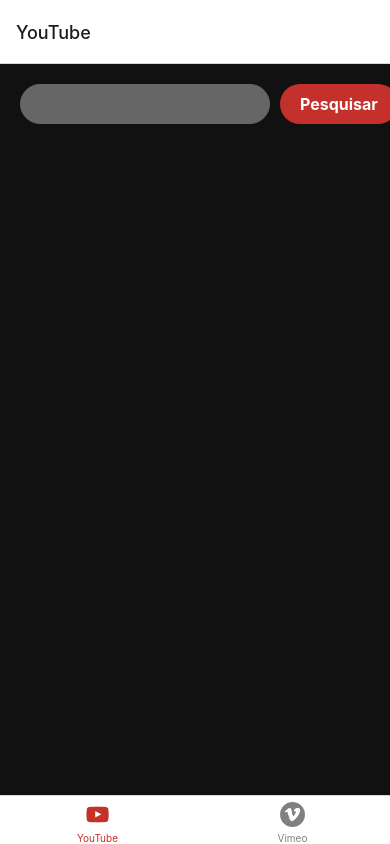
Repository: isaqkee/Youtube-API
Screen: /Home (app in youtubeAPI/)
An editor plug-in stored every save of this project. The screen is shown before and after the next save, followed by the edit.
The app was drawn by React Native's web renderer in a window 390 px wide. The project was rebuilt for these pictures with package versions that can differ from the ones it lists, and the page was loaded fresh each time. Also part of the build but not shown: youtubeAPI/VimeoScreen.js.

Above is the screen before, as saved 2024-05-27 22:09:42.

### youtubeAPI/App.js
// App.js
import * as React from 'react';
import { NavigationContainer } from '@react-navigation/native';
import { createStackNavigator } from '@react-navigation/stack';
import { createBottomTabNavigator } from '@react-navigation/bottom-tabs';
import { Image } from 'react-native';
import WelcomeScreen from './WelcomeScreen';
import YoutubeScreen from './YoutubeScreen';
import VimeoScreen from './VimeoScreen';

const Stack = createStackNavigator();
const Tab = createBottomTabNavigator();

function HomeTabs() {
  return (
    <Tab.Navigator
      screenOptions={({ route }) => ({
        tabBarIcon: ({ color, size }) => {
          let iconName;
          if (route.name === 'YouTube') {
            iconName = require('./assets/youtube.png');
          } else if (route.name === 'Vimeo') {
            iconName = require('./assets/vimeo.png');
          }
          return <Image source={iconName} style={{ width: size, height: size, tintColor: color }} />;
        },
      })}
      tabBarOptions={{
        activeTintColor: '#c4302b',
        inactiveTintColor: 'gray',
      }}
    >
      <Tab.Screen name="YouTube" component={YoutubeScreen} />
      <Tab.Screen name="Vimeo" component={VimeoScreen} />
    </Tab.Navigator>
  );
}

export default function App() {
  return (
    <NavigationContainer>
      <Stack.Navigator initialRouteName="Welcome">
        <Stack.Screen name="Welcome" component={WelcomeScreen} options={{ headerShown: false }}/>
        <Stack.Screen name="Home" component={HomeTabs} options={{ headerShown: false }}/>
      </Stack.Navigator>
    </NavigationContainer>
  );
}

### youtubeAPI/WelcomeScreen.js
import React from 'react';
import { View, Text, TouchableOpacity, StyleSheet, ImageBackground, Animated } from 'react-native';

export default function WelcomeScreen({ navigation }) {
  const fadeAnim = React.useRef(new Animated.Value(0)).current;

  React.useEffect(() => {
    Animated.timing(fadeAnim, {
      toValue: 1,
      duration: 1000,
      useNativeDriver: true,
    }).start();
  }, [fadeAnim]);

  return (
    <Animated.View style={[styles.container, { opacity: fadeAnim }]}>
      <ImageBackground source={require('./assets/back4.gif')} style={styles.backgroundImage}>
        <Text style={styles.title}>Bem-vindo ao Pesquisa de Vídeos</Text>
        <TouchableOpacity style={styles.button} onPress={() => navigation.navigate('Home')}>
          <Text style={styles.buttonText}>Começar</Text>
        </TouchableOpacity>
      </ImageBackground>
    </Animated.View>
  );
}

const styles = StyleSheet.create({
  container: {
    flex: 1,
    justifyContent: 'center',
    alignItems: 'center',
  },
  backgroundImage: {
    flex: 1,
    resizeMode: 'cover',
    justifyContent: 'center',
    alignItems: 'center',
    width: '100%',
    height: '100%',
  },
  title: {
    fontSize: 32,
    fontWeight: 'bold',
    color: '#fff',
    textAlign: 'center',
    marginBottom: 40,
  },
  button: {
    backgroundColor: '#c4302b',
    paddingVertical: 15,
    paddingHorizontal: 30,
    borderRadius: 30,
  },
  buttonText: {
    fontSize: 18,
    color: '#fff',
    fontWeight: 'bold',
  },
});

### youtubeAPI/YoutubeScreen.js
import React, { useState } from 'react';
import { View, Text, TextInput, TouchableOpacity, ScrollView, StyleSheet, Switch, Animated } from 'react-native';
import { WebView } from 'react-native-webview';
import { buscarVideos } from './youtube'; // ou buscarVideosVimeo para Vimeo

export default function VideoScreen() {
  const [pesquisa, setPesquisa] = useState('');
  const [videos, setVideos] = useState([]);
  const [isDarkMode, setIsDarkMode] = useState(true);
  const [bounceValue] = useState(new Animated.Value(0));

  const toggleDarkMode = () => {
    setIsDarkMode(!isDarkMode);
  };

  const pesquisar = async () => {
    try {
      const resultados = await buscarVideos(pesquisa);
      setVideos(resultados);
      Animated.sequence([
        Animated.timing(bounceValue, { toValue: 1.5, duration: 500, useNativeDriver: true }),
        Animated.timing(bounceValue, { toValue: 1, duration: 500, useNativeDriver: true }),
      ]).start();
    } catch (erro) {
      console.error('Erro ao pesquisar vídeos:', erro);
    }
  };

  return (
    <View style={[styles.container, isDarkMode ? styles.darkMode : null]}>
      <View style={styles.header}>
        <TextInput
          style={[styles.input, isDarkMode ? styles.inputDarkMode : null]}
          placeholder="Pesquisar vídeos..."
          placeholderTextColor={isDarkMode ? '#666' : '#999'}
          value={pesquisa}
          onChangeText={setPesquisa}
        />
        <TouchableOpacity style={[styles.button, isDarkMode ? styles.buttonDarkMode : null]} onPress={pesquisar}>
          <Text style={styles.buttonText}>Pesquisar</Text>
        </TouchableOpacity>
        <Switch value={isDarkMode} onValueChange={toggleDarkMode} />
      </View>
      <ScrollView style={styles.scrollView}>
        {videos.map((video, index) => (
          <Animated.View key={video.id.videoId} style={[styles.videoContainer, { transform: [{ scale: bounceValue }] }]}>
            <WebView
              style={styles.webview}
              javaScriptEnabled={true}
              domStorageEnabled={true}
              source={{ html: `<iframe width="100%" height="215" src="https://www.youtube.com/embed/${video.id.videoId}" frameborder="0" allowfullscreen></iframe>` }}
            />
            <Text style={styles.videoTitle}>{video.snippet.title}</Text>
          </Animated.View>
        ))}
      </ScrollView>
    </View>
  );
}

const styles = StyleSheet.create({
  container: {
    flex: 1,
    backgroundColor: '#222',
    paddingHorizontal: 20,
    paddingTop: 20,
  },
  darkMode: {
    backgroundColor: '#111',
  },
  header: {
    flexDirection: 'row',
    justifyContent: 'space-between',
    alignItems: 'center',
    marginBottom: 20,
  },
  input: {
    flex: 1,
    height: 40,
    borderWidth: 1,
    borderColor: '#ccc',
    borderRadius: 20,
    paddingHorizontal: 15,
    marginRight: 10,
    color: '#fff',
    backgroundColor: '#333',
  },
  inputDarkMode: {
    color: '#fff',
    backgroundColor: '#666',
    borderColor: '#666',
  },
  button: {
    backgroundColor: '#c4302b',
    paddingVertical: 10,
    paddingHorizontal: 20,
    borderRadius: 20,
  },
  buttonDarkMode: {
    backgroundColor: '#c4302b',
  },
  buttonText: {
    color: '#fff',
    fontSize: 16,
    fontWeight: 'bold',
  },
  scrollView: {
    flex: 1,
  },
  videoContainer: {
    marginBottom: 20,
    backgroundColor: '#333',
    borderRadius: 10,
    overflow: 'hidden',
    shadowColor: '#000',
    shadowOffset: {
      width: 0,
      height: 2,
    },
    shadowOpacity: 0.25,
    shadowRadius: 3.84,
    elevation: 5,
  },
  videoTitle: {
    fontSize: 16,
    fontWeight: 'bold',
    paddingHorizontal: 10,
    paddingVertical: 5,
    backgroundColor: '#c4302b',
    color: '#fff',
  },
  webview: {
    width: '100%',
    aspectRatio: 16 / 9,
  },
});

### youtubeAPI/youtube.js
import axios from 'axios';

const API_KEY = 'AIzaSyD36Bn6BKLPz8AdMSyxT2fALm-VOflpI8U';

export const buscarVideos = async (query) => {
  try {
    const pesquisa = await axios.get('https://www.googleapis.com/youtube/v3/search', {
      params: {
        q: query,
        part: 'snippet',
        maxResults: 10,
        type: 'video',
        key: API_KEY,
      },
    });
    return pesquisa.data.items;
  } catch (erro) {
    console.error('Erro ao buscar vídeos do YouTube:', erro);
    throw erro;
  }
};

After the next save:
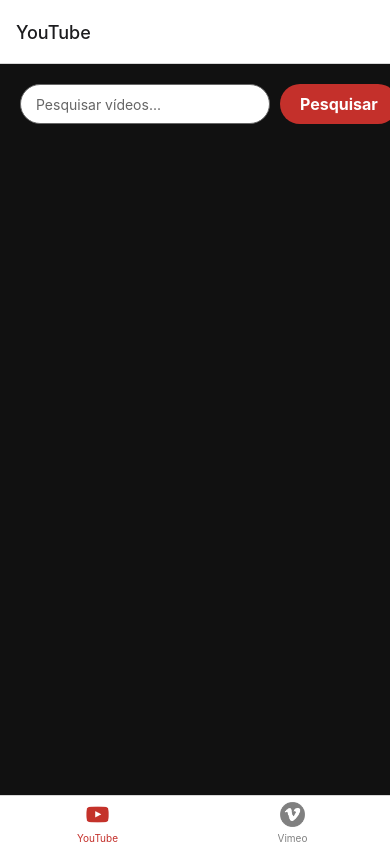
Saved 32 s later.
--- a/youtubeAPI/YoutubeScreen.js
+++ b/youtubeAPI/YoutubeScreen.js
@@ -87,7 +87,7 @@
   },
   inputDarkMode: {
     color: '#fff',
-    backgroundColor: '#666',
+    backgroundColor: '#fff',
     borderColor: '#666',
   },
   button: {
